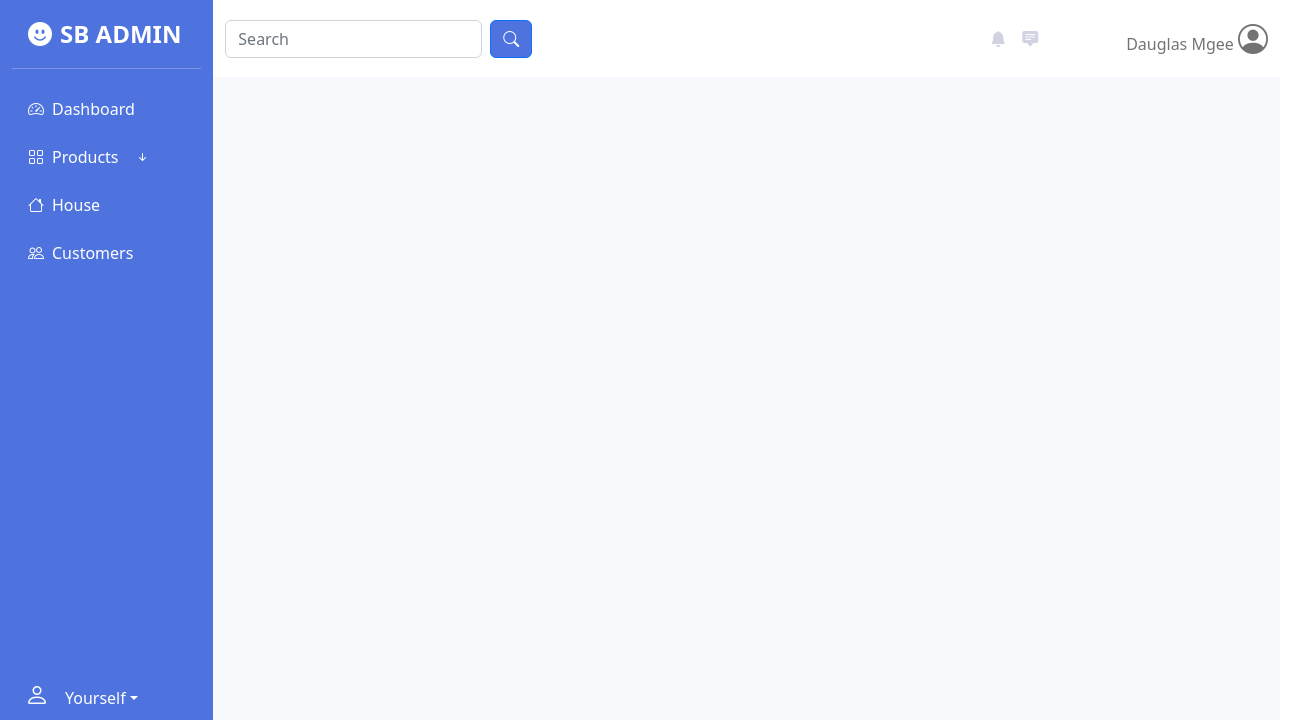
Repository: iqbalaamir/dashboard
Page: /
The author's editor kept a copy of each file at every save. The page is drawn from the files as they stood at one save, then again after a run of saves.
The browser window is 1280 px wide. The page is 1280 px wide, then 1308 px, so the pictures cover 1308 px, including what lies to the right of the window. The pictures show the whole page.
The project was rebuilt for these pictures with package versions that can differ from the ones it lists, and the page was loaded fresh each time. Also part of the build but not shown: src/App.css. Imported but missing from the stored project, and not drawn on this page: src/components/Nav.

Above is the page before, as saved 2023-04-24 22:21:38.

After the next 3 saves:
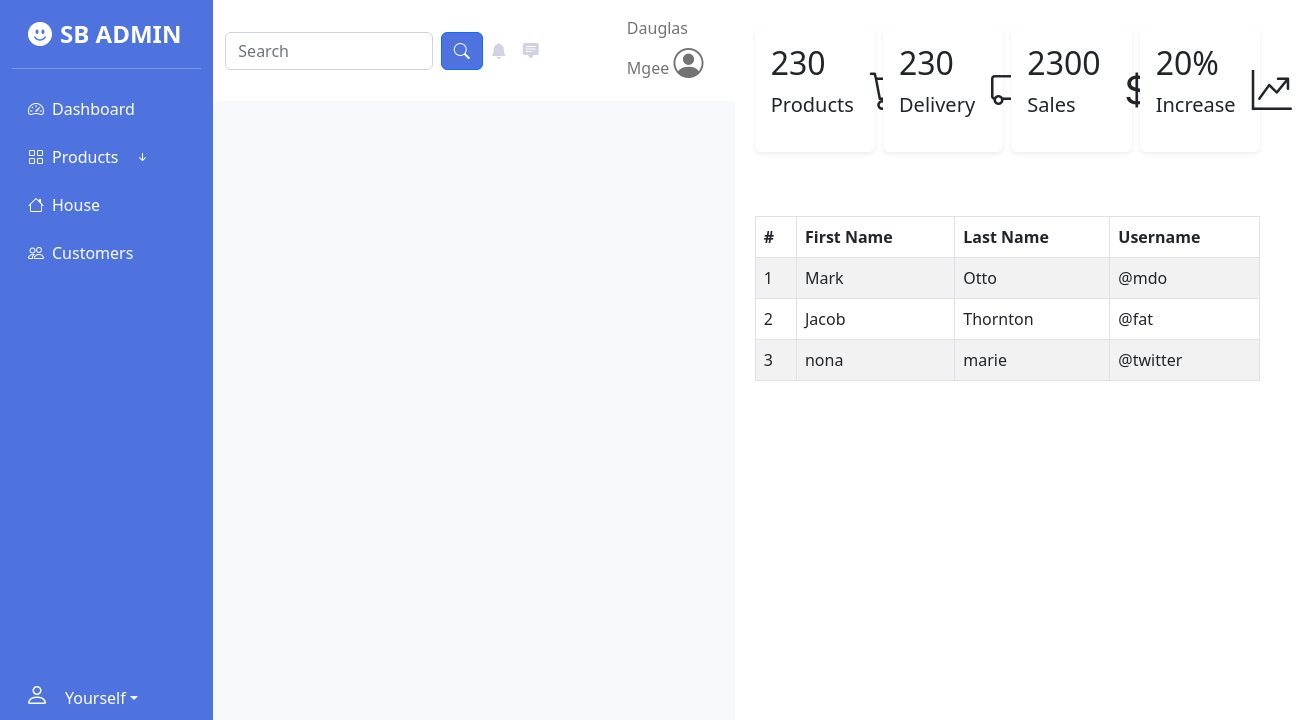
The 3 saves are shown as one change because 2 did not build or start.
The last was saved 94 s later.
--- a/src/components/Sidebar.js
+++ b/src/components/Sidebar.js
@@ -5,6 +5,7 @@ import "bootstrap/js/dist/dropdown";
 import "bootstrap/js/dist/collapse";
 import "./sidebar.css";
 import NavbarComponent from "./NavbarComponent";
+import Home from "./Home"
 
 export default function Sidebar() {
   return (
@@ -107,7 +108,9 @@ export default function Sidebar() {
         <div className="col" style={{backgroundColor:"#f8f9fc",padding:0}}>
        <NavbarComponent/>
         </div>
-
+       <div className="col">
+        <Home/>
+       </div>
       </div>
     </div>
   );
